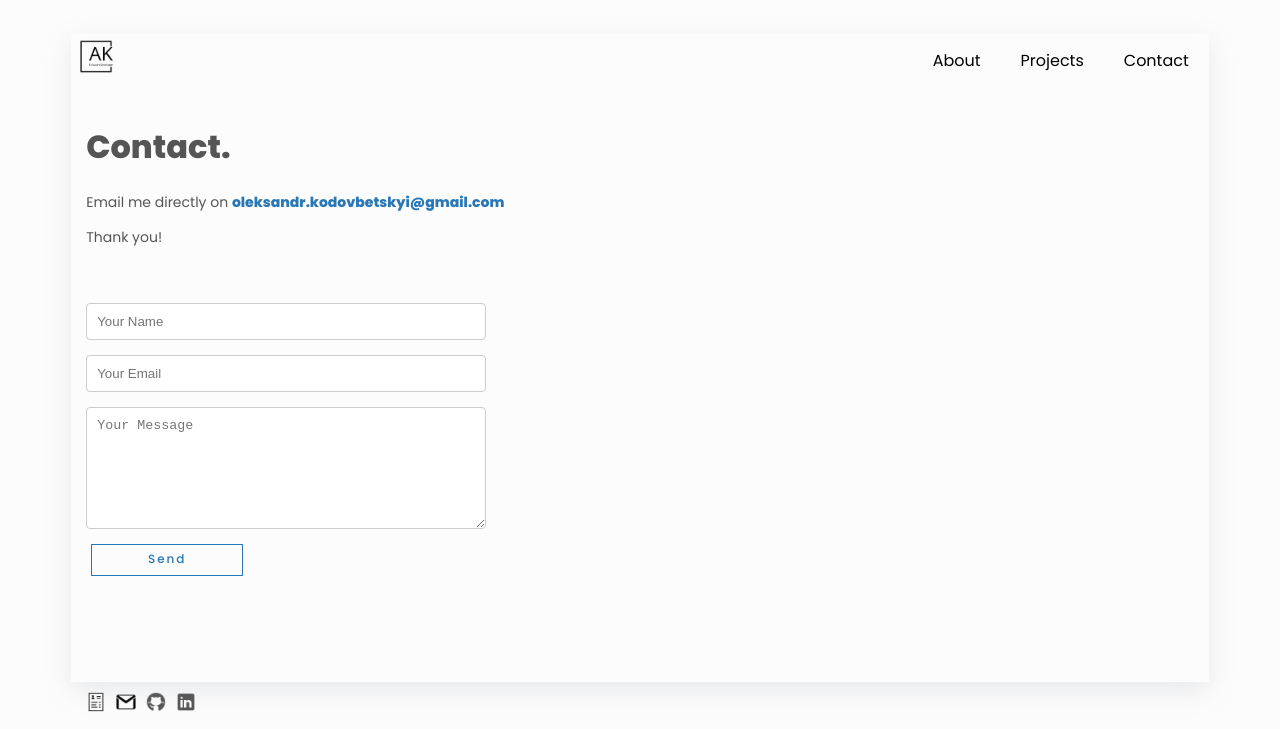
Repository: OKodovbetskyi/Portfolio
Page: /contact-me
The author's editor kept a copy of each file at every save. The page is drawn from the files as they stood at one save, then again after the next save.
The browser window is 1280 px wide. The pictures show the whole page.
The project was rebuilt for these pictures with package versions that can differ from the ones it lists, and the page was loaded fresh each time. Also part of the build but not shown: src/components/Skills.css, src/components/Skills.js, src/components/Home/Home.css, src/components/AboutMe/AboutMe.css, src/components/AboutMe/AboutMe.js, src/components/Home/Home.js, src/components/Education.js, src/components/ProjectTab.css and 5 more.

Above is the page before, as saved 2023-11-21 19:22:34.

### public/index.html
<!DOCTYPE html>
<html lang="en">
  <head>
    <meta charset="utf-8" />
    <link rel="icon" href="%PUBLIC_URL%/userIcon.png" />
    <meta name="viewport" content="width=device-width, initial-scale=1" />
    <meta name="theme-color" content="#000000" />
    <link rel="preconnect" href="https://fonts.googleapis.com" />
    <link rel="preconnect" href="https://fonts.gstatic.com" crossorigin />
    <link
      href="https://fonts.googleapis.com/css2?family=Roboto:ital,wght@0,100;0,300;0,400;0,500;0,700;0,900;1,100;1,300;1,400;1,500;1,700;1,900&display=swap"
      rel="stylesheet"
    />
    <!--
      manifest.json provides metadata used when your web app is installed on a
      user's mobile device or desktop. See https://developers.google.com/web/fundamentals/web-app-manifest/
    -->
    <link rel="manifest" href="%PUBLIC_URL%/manifest.json" />
    <!--
      Notice the use of %PUBLIC_URL% in the tags above.
      It will be replaced with the URL of the `public` folder during the build.
      Only files inside the `public` folder can be referenced from the HTML.

      Unlike "/favicon.ico" or "favicon.ico", "%PUBLIC_URL%/favicon.ico" will
      work correctly both with client-side routing and a non-root public URL.
      Learn how to configure a non-root public URL by running `npm run build`.
    -->
    <title>Alex Full Stack Developer</title>
  </head>
  <body>
    <noscript>You need to enable JavaScript to run this app.</noscript>
    <div id="root"></div>
    <!--
      This HTML file is a template.
      If you open it directly in the browser, you will see an empty page.

      You can add webfonts, meta tags, or analytics to this file.
      The build step will place the bundled scripts into the <body> tag.

      To begin the development, run `npm start` or `yarn start`.
      To create a production bundle, use `npm run build` or `yarn build`.
    -->
  </body>
</html>

### src/index.css

@import url('https://fonts.googleapis.com/css2?family=Poppins:ital,wght@0,100;0,200;0,300;0,400;0,500;0,600;0,800;0,900;1,100;1,200;1,300;1,400;1,500;1,600&display=swap');

html{
    background-color: #FCFCFC;
    color: #555;
    min-height: 100%;
    margin: 0;
    padding: 0;
    font-family: 'Poppins', sans-serif;
}
h5{
    margin: 0;
}
p{
    font-size: 12px;
}

### src/App.js
import "./App.css";
import React, { useRef } from "react";
import { Helmet } from "react-helmet";
import ThemeProvider, { useTheme, useThemeUpdate } from "./themes/ThemeContext";
import RoutedLanding from "./router/RoutedLanding";

function App() {
  return (
    <ThemeProvider>
      <Helmet>
        <title>
          Full Stack Developer | Web & Mobile Applications Specialist | London
        </title>
        <meta
          name="description"
          content="Skilled Full Stack Developer based in London, with a proven track record of delivering fast and reliable web applications. Expert in crafting seamless cross-platform solutions for Android and iOS, ensuring top performance and user experience. Committed to driving innovation and efficiency in the tech industry."
        />
        <meta
          name="keywords"
          content="Full Stack Developer, Web Applications, Cross-Platform Development, Android, iOS, London, Performance Optimization, User Experience, Innovative Solutions, Reliable Apps"
        />
        {/* You can also add tags for social media */}
        <meta
          property="og:title"
          content="Full Stack Developer | Web & Mobile Applications Specialist | London"
        />
        <meta
          property="og:description"
          content="Expert in creating fast, reliable web and cross-platform Android and iOS applications."
        />
        <meta property="og:type" content="website" />
        {/* Add more metadata tags as needed */}
      </Helmet>
      <RoutedLanding />
    </ThemeProvider>
  );
}
export default App;

### src/App.css
.home{
    width: 90%;
    margin-left: auto;
    margin-right: auto;
}
@media only screen and (max-width: 600px) {
    .home{
        width: 100%;
    }
    }

### src/themes/ThemeContext.js
import React, { useContext, useState } from "react"
const ThemeContext = React.createContext();
const ThemeUpdateContext = React.createContext();

export function useTheme(){
    return useContext(ThemeContext);
}
export function useThemeUpdate(){
    return useContext(ThemeUpdateContext);
}
function ThemeProvider({children}){
    const [darkTheme, setDarkTheme] = useState(true);
    function toggleTheme(){
        setDarkTheme(prevDarkTheme => !prevDarkTheme);
    }
    return(
        <ThemeContext.Provider value={darkTheme}>
            <ThemeUpdateContext.Provider value={toggleTheme}>
            {children}
            </ThemeUpdateContext.Provider>
        </ThemeContext.Provider>
    )
}
export default ThemeProvider;

### src/router/RoutedLanding.js
import { BrowserRouter, Routes, Route} from 'react-router-dom';
import Skills from '../components/Skills';
import Home from '../components/Home/Home';
import React, {useRef} from 'react';
import Education from '../components/Education';
import Projects from '../components/Projects';
import './RouterLanding.modules.css';
import Nav from '../components/Nav';

import Card from '../components/Card';
import { Contact } from '../components/Contact';



const RoutedLanding = () => {
    const home = useRef(null);
    const skills = useRef(null);
    const aboutme = useRef(null);
    const projects = useRef(null);
    const education = useRef(null);

    const pages = [skills,home, education, projects]
   return (
     <BrowserRouter>
     <div className='container'>
     <div className="home" >
     <Card header="Home">
     <Nav pages={pages} />
     <Routes>
     <Route path='/' element={<Home/>}/>
     <Route path='/skills' element={<Skills/>}/>
     <Route path='/about' element={<Education />}/>
     <Route path='/projects/*' element={<Projects/>}/>
     <Route path='/contact-me' element={<Contact/>}/>
     <Route path='/contact-me' element={<Contact/>}/>
      </Routes>
     </Card>

     </div>
     </div>
   </BrowserRouter>


   )
}

export default RoutedLanding

### src/components/Nav.js
import React, { useState } from 'react';

import './Nav.css';
import logo from '../assets/ak-low-resolution.jpg'
import { Link } from 'react-router-dom';
import { Contact } from './Contact';
const Nav = (props) =>{
   const [isOpen, setIsOpen] = useState(false);

    const scrollToSection = (elRef) => {
         const scrollLocation ={
            top: (elRef.current.offsetTop)-100,
            behavior:"smooth"
        }
        window.scrollTo(scrollLocation);
    }
    return(
      <>
     <nav className="navbar">
      <Link to="/"><img className="nav-logo" src={logo} /></Link>
      <div className="navbar-links">
      <Link   to="/about">About</Link>
      <Link   to="/projects">Projects</Link>
      <Link to="/contact-me">Contact</Link>
      </div>
      <div className="navbar-hamburger" onClick={() => setIsOpen(!isOpen)}>
        <div className={`navbar-hamburger-line ${isOpen ? 'open' : ''}`}></div>
        <div className={`navbar-hamburger-line ${isOpen ? 'open' : ''}`}></div>
        <div className={`navbar-hamburger-line ${isOpen ? 'open' : ''}`}></div>
        <div className={`navbar-hamburger-line ${isOpen ? 'open' : ''}`}></div>
      </div>
  </nav>
  {isOpen ? <>
    <div className='mobile-menu' >

   </div>
       <div className='hamburger-menu'>
       <div class="close-icon"  onClick={() => setIsOpen(!isOpen)}>
       <div class="close-icon-circle">
         <span class="close-icon-line"></span>
         <span class="close-icon-line"></span>
        </div>
        </div>
       <Link onClick={() => setIsOpen(!isOpen)} to="/">Home</Link>
       <Link onClick={() => setIsOpen(!isOpen)} to="/about">About</Link>
       <Link onClick={() => setIsOpen(!isOpen)} to="/projects">Projects</Link>
       <Link onClick={() => setIsOpen(!isOpen)} to="/contact-me">Contact</Link>
   </div>
   </>
  : ''
   }

    </>
    )
  }
export default Nav;
     /*<Link to="/">Home </Link>
        <Link to="#skills">Skills</Link>
<Link to="/education">Education</Link>
<a href="#projects">Projects</a>
<Link to="/links">Contact me</Link> */

### src/components/Card.js
import React from "react";
import styles from "./Card.module.css"
import Footer from "./Footer";
const Card = React.forwardRef((props, ref)=>{
    return(
        <div className={styles.page}>
        <div ref={ref} className={styles.Card}>

            <div className={styles.CardBody}>
            <h2 className={styles.header}>   {props.cardName}</h2>
                {props.children}
            </div>

        </div>
        <Footer />
        </div>
    )
})
export default Card;

### src/components/Contact.js
import React, { useState } from "react";

import "./Contact.css";
import Button from "./Button";
export const Contact = () => {
  const [name, setName] = useState("");
  const [email, setEmail] = useState("");
  const [message, setMessage] = useState("");
  const [messageSent, setMessageSent] = useState(false);
  const handleSubmit = (e) => {
    // Handle form submission logic here
    console.log(name, email, message);
  };
  return (
    <div className="projects-container">
      <h1>Contact.</h1>
      <p>
        Email me directly on{" "}
        <span className="hightlight">
          <b>oleksandr.kodovbetskyi@gmail.com</b>
        </span>
      </p>
      <p>Thank you!</p>
      <form className="contact-form" onSubmit={handleSubmit}>
        <input
          type="text"
          placeholder="Your Name"
          value={name}
          onChange={(e) => setName(e.target.value)}
        />
        <input
          type="email"
          placeholder="Your Email"
          value={email}
          onChange={(e) => setEmail(e.target.value)}
        />
        <textarea
          placeholder="Your Message"
          value={message}
          onChange={(e) => setMessage(e.target.value)}
        ></textarea>
        <Button title="Send" to="#" onClick={() => handleSubmit()} />
      </form>
    </div>
  );
};

### src/components/Button.js
import React from "react";
import "./Button.css";
import { Link } from "react-router-dom";
const Button = (props) => {
  return (
    <Link
      className={`${props.version === 2 && "version2"} custom-button`}
      onClick={props.onClick}
      to={props.to}
    >
      <span>{props.title}</span>
    </Link>
  );
};
export default Button;

### src/components/Education.css
.educationContent{
    display:flex;
    flex-direction: row;
    justify-content: space-between;
}
.imagepin{
    height: 20px;
}
.experience-container{
    border-left: 1px solid #d1d1d1;
    padding: 0 15px;
}
.Job{
    position: relative;
}
.Job li{
    font-size: 14px;
    text-decoration: none;

}
p{
    font-size: 14px;
}
.circle{
    position: absolute;
    top: 0;
    left: -23px;
    width: 15px;
    background-color: whitesmoke;
    border-radius: 20px;
}
.datesworked{
    float: right;
}
.section-title {
    border-bottom: 2px solid #7EB8D6FF;
}
@media only screen and (max-width: 600px) {
    .educationContent{
        display:flex;
        flex-direction: column;

    }

}
.arrowright{
    width: 30px;
}
.linkstonext{
    margin: 20px 0;
    display: flex;
    align-items: center;
    font-size: 12px;

}
.linkstonext img{
    margin-left: 10px;
    animation: moveRightAndBack 2s infinite;
}
@keyframes moveRightAndBack {
    0% {
      transform: translateX(0);
    }
    50% {
      transform: translateX(10px);
    }
    100% {
      transform: translateX(0);
    }
  }

### src/components/Projects.css
.projects-container{
    padding: 15px;
}
h1.projectTitle{
  width: 30%;
  float: left;
}
.introduction-projects{
  width: 60%;
  text-align: justify;
  margin-left: auto;
  margin-top: 23px;
}
.project-tabs>a {
    text-decoration: none;
    color: black;
    width: 100%;
    text-align: center;
    margin: 5px;
  }
.project-tabs{
    display: flex;
    flex-direction: column;
}

.additional-info{
  display: flex;
  justify-content: space-between;
  align-items: center;
}
.projectCard{
  background-color: #F5EFE7;
  padding: 0 10px;
  margin: 5px 0;
}
.projectCard h3{
  font-size: 14px;
}
.hideProj{
  display: none;
}
.additional-info h3{
}
@media only screen and (max-width: 600px) {
    .introduction-projects{
      margin: 0;
      width: 100%;
    }
    .introduction-projects{
      padding: 20px 0;
  }
  .links{
    padding: 20px 0;
  }
  h1.projectTitle{
    width: 100%;
    float: none;
  }
}

### src/components/Nav.css
.navbar {
    display: flex;
    justify-content: space-between;
    align-items: center;
    background-color: #FCFCFC;
    z-index: 1000;
  }
  .navbar-links {
    position: relative;
    display: flex;
  }

  .navbar-links a {
    padding: 0 ;
    text-decoration: none;
    color: #55555;
    text-align: center;
    font-size: 16px;
  }
  .navbar-hamburger {
    display: none;
  }

  .navbar-hamburger-line {
    width: 30px;
    height: 3px;
    background-color: #000;
    margin: 6px 10px;
    transition: transform 0.2s ease;
    z-index: 1000;
  }

  .navbar-hamburger-line.open {
    transform: rotate(100deg);

  }
  div.hamburger-menu{
      display: flex;
      justify-content: center;
      flex-direction: column;
      position: fixed;
      top: 0;
      left: 0;
      width: 100%;
      height: 100vh;
      z-index: 900;
      overflow: hidden;
      background-color: #4F709C;

  }
  .hamburger-menu a{
    font-weight: bold;
    text-align: center;
    width: 100%;
    margin: 15px;
    color: white;
    text-decoration: none;
  }
.mobile-menu{
  display: flex;
  position: fixed;
  top: 0;
  justify-content: space-between;
  width: 100%;
  background-color: #4F709C;
}
  @media (max-width: 768px) {
    .navbar-links a{
      display: none;
      width: 100%;
    }
    .navbar-hamburger {
      display: block;
    }
    .navbar-hamburger-line {

    }
  }
  .selected{
    border-radius: 10px 10px 0 0;
    background-color: #E1E5F8;
  }
  .navbar-links a{
    height: 100%;
    width: 100%;
    text-decoration: none;
    color: black;
    padding:5px 20px;
    transition: border-bottom 0.5s;
}
/* Add this to the link element */
.navbar-links a {
    text-decoration: none;
    position: relative;
    color: black;
  }
  /* Add the underline */
  .navbar-links a::before {
    content: "";
    position: absolute;
    width: 0%;
    height: 2px;
    bottom: -2px;
    background-color: #2978B5;
    transition: width 0.3s;
  }

  /* Add the hover effect */
  .navbar-links a:hover::before {
    width: 55%;
  }
  /* Add the animation effect */
/* Add the animation effect */
@keyframes text-color-animation {
    0% {
      color: black;
    }
    100% {
      color: #2978B5;
    }
  }
  /* Add the hover effect */
  .navbar-links a:hover {
    animation: text-color-animation .3s ease-in;
    color: #2978B5;
  }
  .nav-logo{
    width: 60px;
  }
  .close-icon {
    position: fixed;
    top: 20px;
    right: 10px;
    width: 40px;
    height: 40px;
    display: flex;
    justify-content: center;
    align-items: center;

  }
  .close-icon-circle {
    background-color: transparent;
    border: 2px solid white;
    width: 100%;
    height: 100%;
    border-radius: 50%;
    display: flex;
    justify-content: center;
    align-items: center;
    position: relative;
  }

  .close-icon-line {
    position: absolute;
    width: 12px;
    height: 2px;
    background-color: #ffffff;
    transform: rotate(45deg);
  }

  .close-icon-line:nth-child(2) {
    transform: rotate(-45deg);
  }

  .close-icon-line::before,
  .close-icon-line::after {
    content: '';
    position: absolute;
    width: 100%;
    height: 100%;
    background-color: inherit;
  }

  .close-icon-line::before {
    transform: rotate(-90deg);
  }

  .close-icon-line::after {
    transform: rotate(90deg);
  }

### src/components/Card.module.css
.Card{
  margin-top: 3%;
  background-color: #FCFCFC;
  position: relative;
}

.CardBody{
    min-height: 90vh;
    box-shadow: rgba(149, 157, 165, 0.2) 0px 8px 24px;
}
.header{
    font-weight: bold;
}

.closinTag{
    float: right;
}

@media only screen and (max-width: 600px) {
    .Card{
        width: 100%;
        margin: 0;
    }
    .CardBody{
        height: 100%;
        box-shadow: rgba(149, 157, 165, 0.2) 0px 8px 24px;
    }

}

### src/components/Footer.js
import React from "react";
import "./Footer.css";
import IconsLinks from "./IconsLinks";
import resumeIco from "../assets/icons8-resume-50.png"
import Git from "../assets/icons8-github-50.png"
import Email from "../assets/icons8-gmail-50.png"
import linkedln from "../assets/icons8-linkedin-logo-50.png";
const Footer = () => {
    return (
        <footer className="Footer">
        <IconsLinks icon={resumeIco} icon1={Git} icon2 ={Email} icon3={linkedln}/>
      </footer>
    );
}
export default Footer;

### src/components/Contact.css
.contact-form {
    display: flex;
    flex-direction: column;
    max-width: 400px;
    margin-top: 5%;
  }

  input,
  textarea {
    padding: 10px;
    margin-bottom: 15px;
    border-radius: 4px;
    border: 1px solid #ccc;
  }
  textarea{
    height: 100px;
  }
.hightlight{
  color: #2978B5;
}

### src/components/Button.css


 .custom-button{
    display: block;
    width: 150px;
    height: 30px;
    font-size: 12px;
    font-family: "Poppins", sans-serif;
    font-weight: 500;
    text-decoration: none;
    color: #2978B5;
    border: 1px solid #2978B5;
    letter-spacing: 2px;
    text-align: center;
    position: relative;
    transition: all .25s;
    margin: 0 5px;
  }

 .custom-button span{
    display: inline-block;
    padding: 5px;
    position: relative;
    z-index: 2;
 }
  .version2{
    background-color: #2978B5;
    color: white;
    margin-left: 0;
  }

  .custom-button:after{
    position: absolute;
    content: "";
    top: 0;
    left: 0;
    width: 0;
    height: 100%;
    background: #2978B5;
    transition: all .25s;
  }
  .custom-button:hover{
    color: #fff;
  }

  .custom-button:hover:after{
    width: 100%;
  }

### src/components/Footer.css
.Footer{
 margin: 10px 10px;
 width: 100%;

}
@media only screen
and (max-width : 640px) {


    }

### src/components/IconsLinks.js
import React from "react";

import styles from "./Icons.module.css";
const IconsLinks = ({icon,icon1, icon2, icon3}) =>{
    return (
        <span className={styles.Icons}>
            <div className={styles.wrapper}> <a download href="https://drive.google.com/file/d/12KVDCBMmGgFeqtxq2S8sNrXxZwgp_6gI/view?usp=sharing">

            <p className={styles.email}>Resume</p> <img src={icon} alt=''/></a></div>
           <div className={styles.wrapper}><a href="mailto:oleksandr.kodovbetskyi@gmail.com" target="_blank">
           <p className={styles.email}>Email me!</p> <img src={icon2}alt='' />
           </a></div>
           <div className={styles.wrapper}>
           <a href="https://github.com/OKodovbetskyi" target="_blank">
            <p className={styles.email}>GitHub</p> <img src={icon1} alt=''/></a></div>
           <div className={styles.wrapper}>
           <a href="https://www.linkedin.com/in/ak-developer" target="_blank" >
            <p className={styles.email}>Linkeln</p> <img src={icon3} alt=''/></a></div>


        </span>
    )
}
export default IconsLinks;

### src/components/Icons.module.css
span img{
    width: 20px;
    margin: 0 5px;
}
.Icons{
    display: flex;
    background-color:  #fcfcfc;
}
.email{
    animation: ease-in .1s;
    display: none;
    background-color: #01257D;
    color: white;
    border-radius: 20px;
}
.wrapper a{
    text-decoration: none;
}

Loaded but not shown: src/index.js (common file)

After the next save:
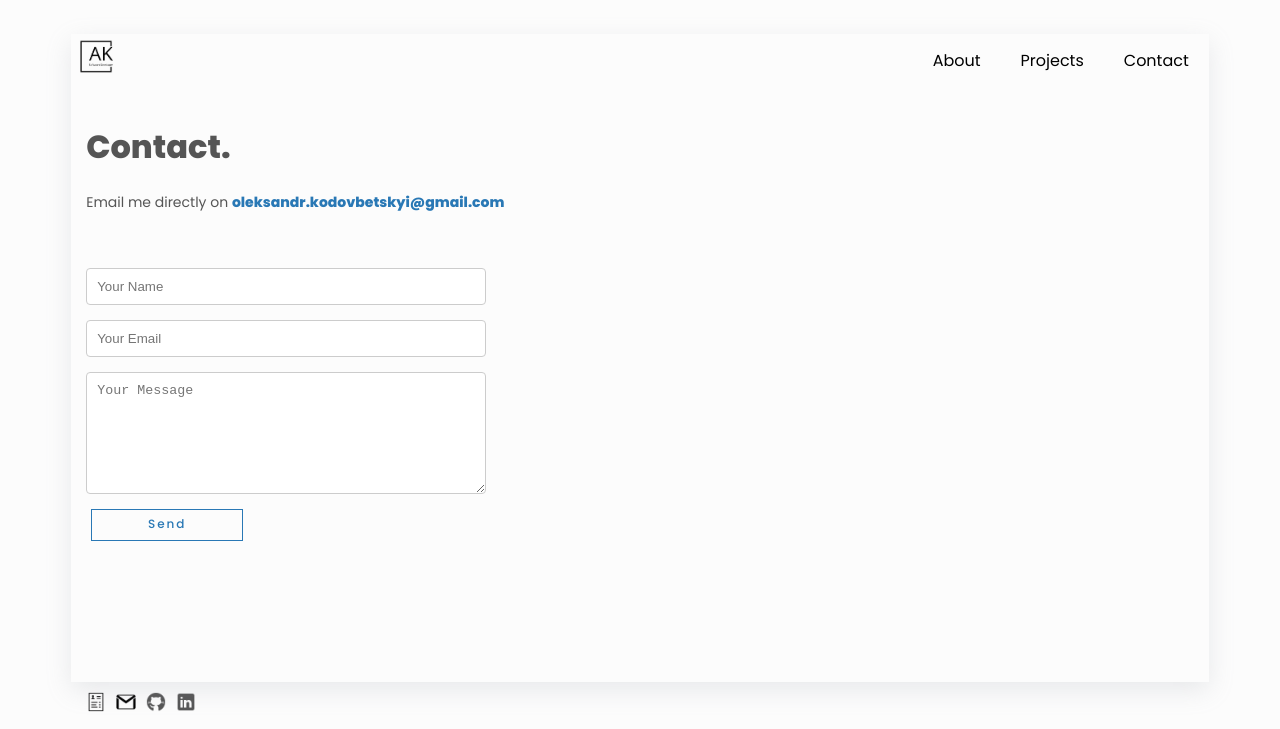
Saved 45 s later.
--- a/src/components/Contact.js
+++ b/src/components/Contact.js
@@ -20,7 +20,9 @@ export const Contact = () => {
           <b>oleksandr.kodovbetskyi@gmail.com</b>
         </span>
       </p>
-      <p>Thank you!</p>
+      {messageSent && (
+        <p>Your message has been successfully sent. Thank you!</p>
+      )}
       <form className="contact-form" onSubmit={handleSubmit}>
         <input
           type="text"
